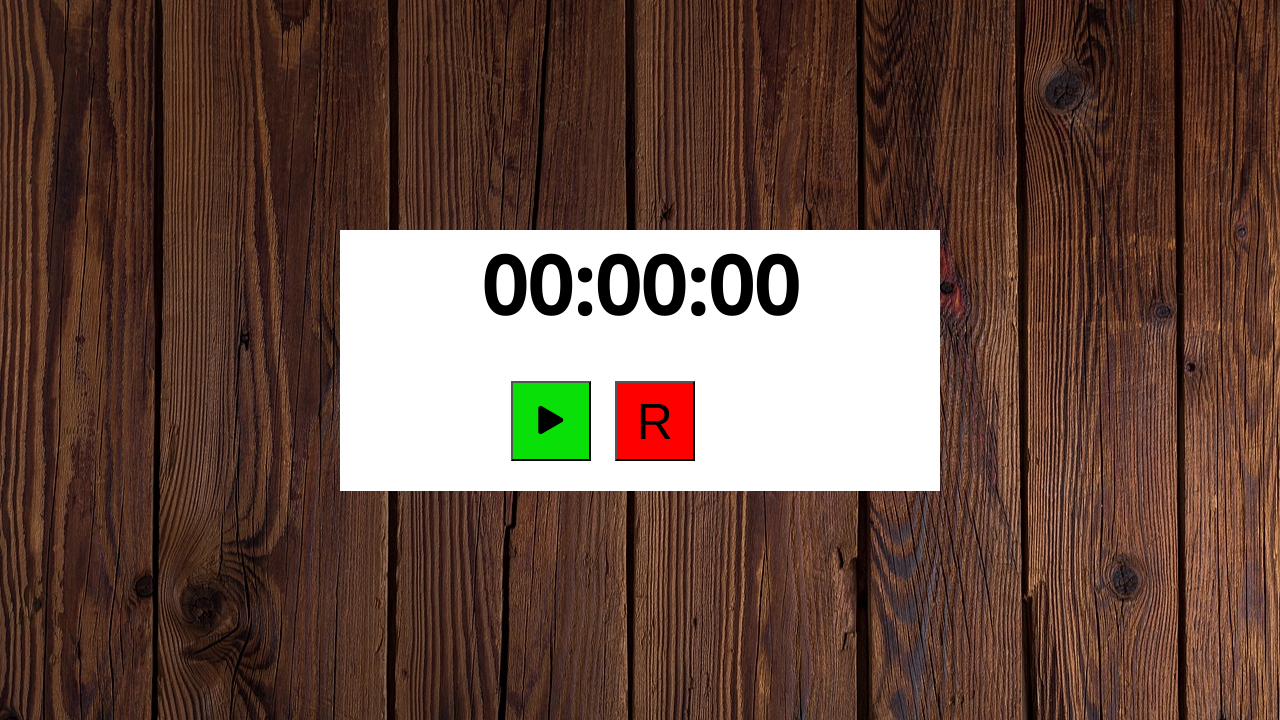
Repository: JoyMoGas/javascript-learn
Page: cronometro/index.html
The author's editor kept a copy of each file at every save. The page is drawn from the files as they stood at one save, then again after the next save.
The browser window is 1280 px wide. The pictures show the whole page.

Above is the page before, as saved 2024-05-13 18:36:39.

### cronometro/index.html
<!DOCTYPE html>
<html lang="es">
  <head>
    <meta charset="UTF-8" />
    <meta name="viewport" content="width=device-width, initial-scale=1.0" />
    <link rel="stylesheet" href="https://cdn.jsdelivr.net/npm/bootstrap-icons@1.11.3/font/bootstrap-icons.min.css">
    <link rel="stylesheet" href="styles.css" />
    <title>Cronometro</title>
  </head>
  <body>
    <main class="contenedor-principal">
      <div class="contenedor-interno">
        <div id="cronometro">00:00:00</div>
        <div class="contenedor-botones">
          <button id="boton-inicio-pausa" class="boton iniciar">
            <i class="bi bi-play-fill"></i>
          </button>
          <button id="boton-reiniciar" class="boton">R</button>
        </div>
      </div>
    </main>
    <script src="app.js"></script>
  </body>
</html>

### cronometro/styles.css
@import url('https://fonts.googleapis.com/css2?family=Noto+Sans+Thai:wght@500&display=swap');

/* Estilos Generales */

* {
  margin: 0;
  padding: 0;
}

body {
  height: 100vh;
  display: flex;
  justify-content: center;
  align-items: center;
  background: url('images/madera.jpg') no-repeat center center/ cover;
}

/* Contenedores */
.contenedor-principal {
  width: 80vw;
  max-width: 600px;
  min-width: 350px;
  display: flex;
  flex-wrap: wrap;
  justify-content: center;
  align-items: center;
  background-color: white;
}

.contenedor-botones {
  padding: 20px;
}

/* Cronometro */
#cronometro {
  width: 100%;
  font-size: 80px;
  font-weight: bold;
  user-select: none;
  font-family: 'Noto Sans Thai', sans-serif;
}

/* Botones */
.boton {
  width: 80px;
  height: 80px;
  font-size: 50px;
  margin: 10px;
  padding: 10px;
}

#boton-inicio-pausa.iniciar,
#boton-inicio-pausa.iniciar i {
  background-color: #08e008;
}

#boton-inicio-pausa.pausar,
#boton-inicio-pausa.pausar i {
  background-color: #ffdc00;
}

#boton-reiniciar {
  background-color: red;
}

Loaded but not shown: cronometro/app.js (no stored copy; drawn as an empty file)

After the next save:
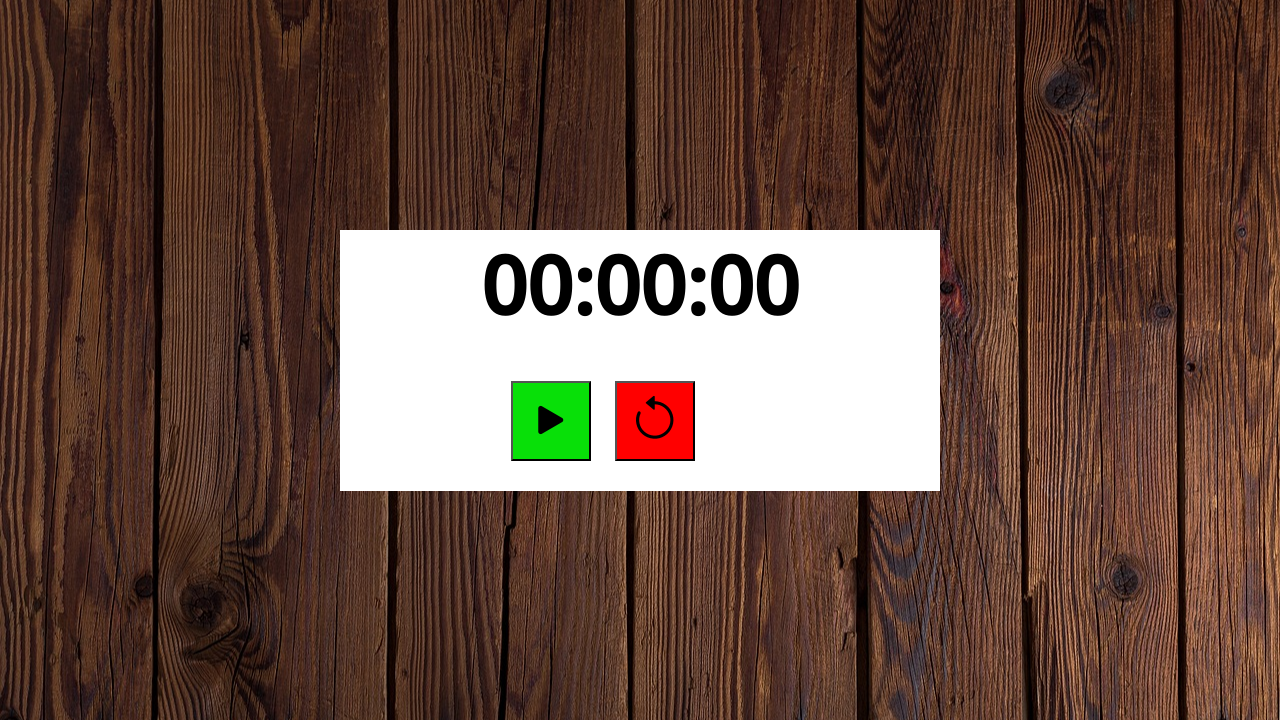
Saved 75 s later.
--- a/cronometro/index.html
+++ b/cronometro/index.html
@@ -15,7 +15,9 @@
           <button id="boton-inicio-pausa" class="boton iniciar">
             <i class="bi bi-play-fill"></i>
           </button>
-          <button id="boton-reiniciar" class="boton">R</button>
+          <button id="boton-reiniciar" class="boton">
+            <i class="bi bi-arrow-counterclockwise"></i>
+          </button>
         </div>
       </div>
     </main>
